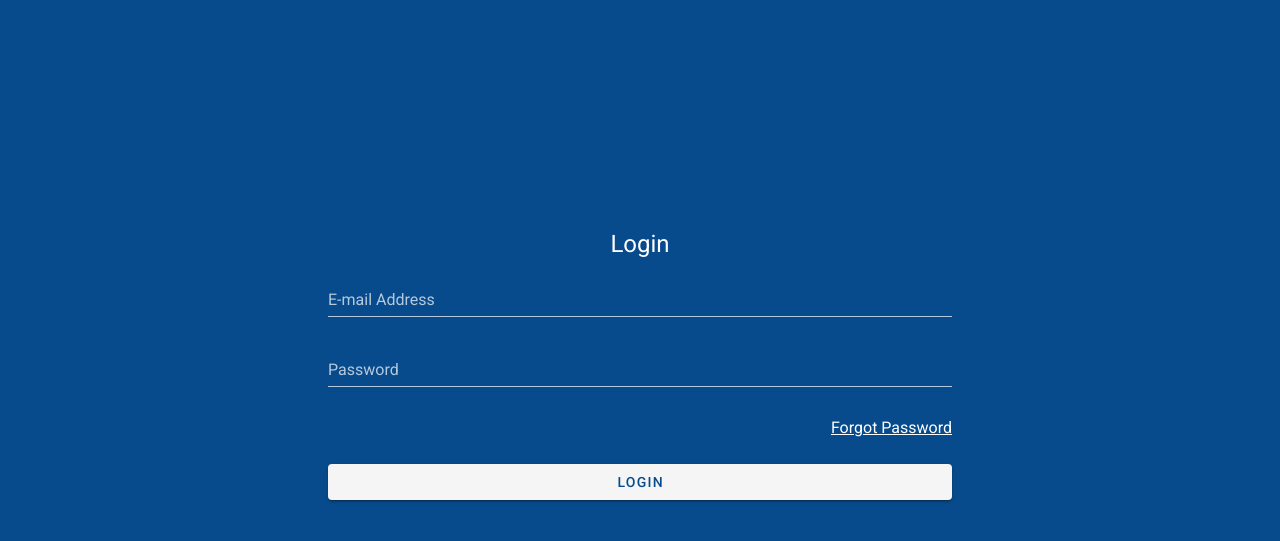
Repository: Grace229/Login
Page: /
These files come from the project's save history. The page is drawn as it stood at one moment and after the next save; the edit follows.
The browser window is 1280 px wide. The pictures show the whole page.
The project was rebuilt for these pictures with package versions that can differ from the ones it lists, and the page was loaded fresh each time. Also part of the build but not shown: vue.config.js. Imported but missing from the stored project, and not drawn on this page: src/views/About.vue.

Above is the page before, as saved 2021-02-15 16:31:02.

### src/App.vue
<template>
  <v-app>
    <v-main><router-view></router-view> </v-main>
  </v-app>
</template>

<script>
export default {
  name: "App",

  components: {},

  data: () => ({
    //
  }),
};
</script>

### src/plugins/vuetify.js
import Vue from "vue";
import Vuetify from "vuetify/lib/framework";

Vue.use(Vuetify);

export default new Vuetify({
  theme: {
    options: {
      customProperties: true,
    },
    themes: {
      light: {
        primary: "#084b8c",
        secondary: "#424242",
        accent: "#82B1FF",
        error: "#FF5252",
        info: "#2196F3",
        success: "#4CAF50",
        warning: "#FFC107",
      },
    },
  },
});

### src/views/Home.vue
<template>
  <main
    style="min-height:100vh"
    class="primary fill-height white--text d-flex flex-column justify-center pa-4"
  >
    <div>
      <header>
        <div class="headline text-center py-2">
          Login
        </div>
      </header>

      <section class="mx-auto" style="width: 50%">
        <form v-on:submit.prevent="login()">
          <div>
            <v-text-field
              dark
              label="E-mail Address"
              v-model="email"
              :rules="[rules.required, rules.email]"
            />
          </div>
          <div>
            <v-text-field
              dark
              v-model="password"
              :rules="[rules.required]"
              label="Password"
              :type="showPassword ? 'text' : 'password'"
            >
              <v-btn
                text
                small
                slot="append"
                @click="showPassword = !showPassword"
                class="transparent text-capitalize"
                :append-icon="showPassword ? 'mdi-eye' : 'mdi-eye-off'"
              ></v-btn>
            </v-text-field>

            <div class="text-right py-2">
              <router-link to="/#" class="white--text"
                >Forgot Password</router-link
              >
            </div>

            <div class="pt-4">
              <v-btn block class="primary--text" type="submit">Login</v-btn>
            </div>
          </div>
        </form>
      </section>
    </div>
  </main>
</template>

<script>
import axios from "axios";
import router from "../router";
export default {
  data() {
    return {
      email: "",
      password: "",
      FORM: {},
      showPassword: false,
      rules: {
        required: (value) => !!value || "Required.",
        counter: (value) => value.length <= 20 || "Max 20 characters",
        email: (value) => {
          const pattern = /^(([^<>()[\]\\.,;:\s@"]+(\.[^<>()[\]\\.,;:\s@"]+)*)|(".+"))@((\[[0-9]{1,3}\.[0-9]{1,3}\.[0-9]{1,3}\.[0-9]{1,3}])|(([a-zA-Z\-0-9]+\.)+[a-zA-Z]{2,}))$/;
          return pattern.test(value) || "Invalid e-mail.";
        },
      },
    };
  },
  methods: {
    login() {
      axios
        .post("https://login-api-grace.herokuapp.com/api/v1/auth/login", {
          email: this.email,
          password: this.password,
        })
        .then(() => {
          router.push({ name: "Profile" });
        })
        .catch((err) => {
          console.log(err);
        });
    },
  },
};
</script>

Loaded but not shown: public/index.html (common file); src/main.js (common file); src/router/index.js (common file); src/store/index.js (common file)

After the next save:
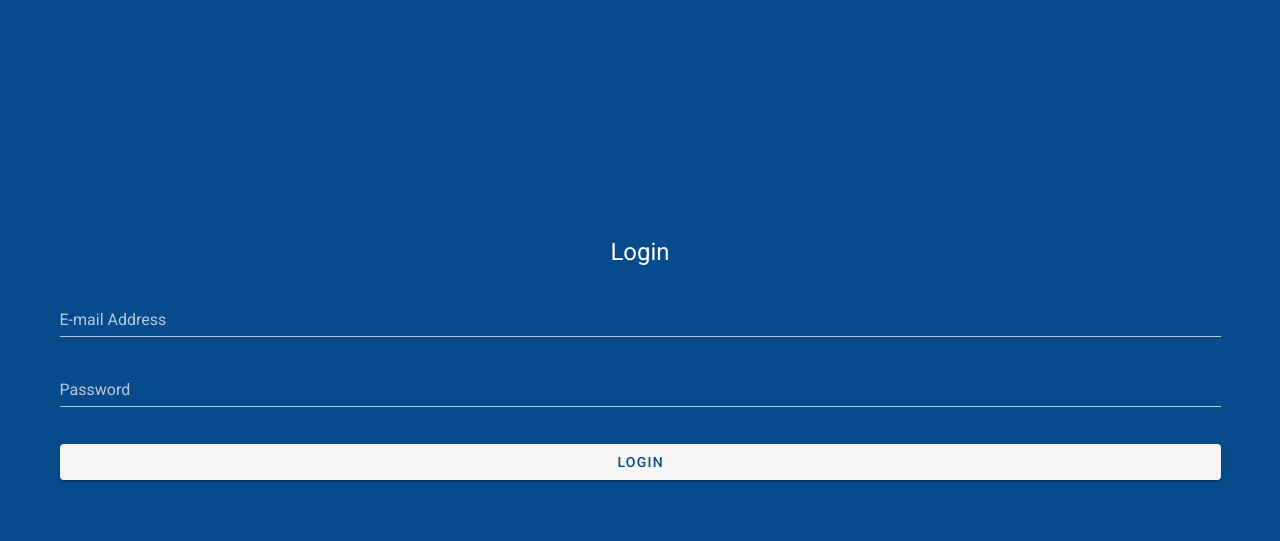
Saved 5 min 1 s later.
--- a/src/views/Home.vue
+++ b/src/views/Home.vue
@@ -10,7 +10,7 @@
         </div>
       </header>
 
-      <section class="mx-auto" style="width: 50%">
+      <v-container>
         <form v-on:submit.prevent="login()">
           <div>
             <v-text-field
@@ -37,19 +37,12 @@
                 :append-icon="showPassword ? 'mdi-eye' : 'mdi-eye-off'"
               ></v-btn>
             </v-text-field>
-
-            <div class="text-right py-2">
-              <router-link to="/#" class="white--text"
-                >Forgot Password</router-link
-              >
-            </div>
-
             <div class="pt-4">
               <v-btn block class="primary--text" type="submit">Login</v-btn>
             </div>
           </div>
         </form>
-      </section>
+      </v-container>
     </div>
   </main>
 </template>
